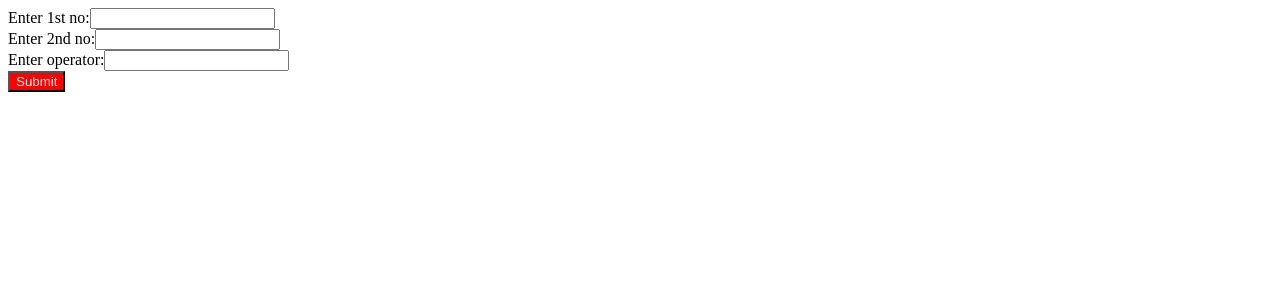
Repository: debratan/Servlet
Page: http://localhost/3ServletLogin/
These files come from the project's save history. The page is drawn as it stood at one moment and after the next save; the edit follows.
The browser window is 1280 px wide. The pictures show the whole page.
The page is served by Tomcat 9. Other server files are loaded and not shown.

Above is the page before, as saved 2024-08-15 18:00:22.

### 3ServletLogin/src/main/webapp/index.jsp
<!DOCTYPE html>
<html>
<head>
<meta charset="ISO-8859-1">
<title>Calculator</title>
<style>     button{ background-color:Red;         color:white;
    }
</style>
</head>
<body>
   <form action="cal" method="get">
      Enter 1st no:<input type="text" name="n1"><br>
      Enter 2nd no:<input type="text" name="n2"><br>
      Enter operator:<input type="text" name="o"><br>
      <Button type="Submit">Submit</Button>
   </form>
</body>
</html>

After the next save:
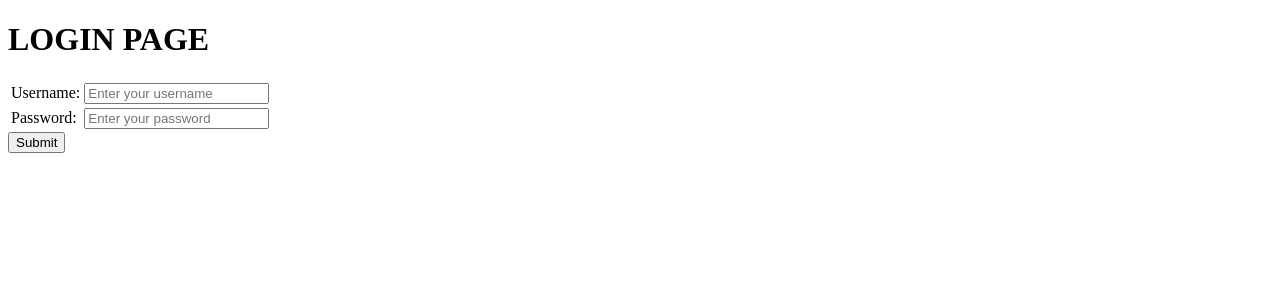
Saved 94 s later.
--- a/3ServletLogin/src/main/webapp/index.jsp
+++ b/3ServletLogin/src/main/webapp/index.jsp
@@ -2,17 +2,24 @@
 <html>
 <head>
 <meta charset="ISO-8859-1">
-<title>Calculator</title>
-<style>     button{ background-color:Red;         color:white;
-    }
-</style>
+<title>Login</title>
 </head>
 <body>
-   <form action="cal" method="get">
-      Enter 1st no:<input type="text" name="n1"><br>
-      Enter 2nd no:<input type="text" name="n2"><br>
-      Enter operator:<input type="text" name="o"><br>
-      <Button type="Submit">Submit</Button>
-   </form>
+  <div class="container">
+      <h1>LOGIN PAGE</h1>
+      <form action="login" method="get">
+        <table>
+         <tr>
+           <td>Username:</td>
+           <td><input type="text" name="username" placeholder="Enter your username"></td>
+          </tr>
+          <tr>
+            <td>Password:</td>
+            <td><input type="text" name="password" placeholder="Enter your password"></td>
+          </tr>
+      </table>
+       <input type="Submit">
+</form>
+</div>
 </body>
 </html>
